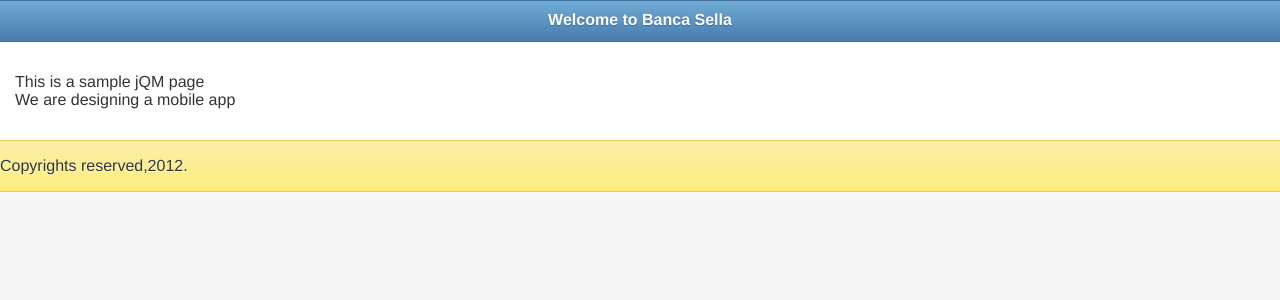
Repository: ravinforu/HTML5_CSS3_JS_Frameworks_Jul_2012-1
Page: jQM1/WebContent/index.html
These files come from the project's save history. The page is drawn as it stood at one moment and after the next save; the edit follows.
The browser window is 1280 px wide. The pictures show the whole page.

Above is the page before, as saved 2012-07-21 07:03:17.

### jQM1/WebContent/index.html
<!DOCTYPE html>
<html>
<head>
	<link rel="stylesheet" href="jquery.mobile-1.1.1.css">
	<script src="jquery-1.7.2.js"></script>
	<script src="jquery.mobile-1.1.1.js"></script>
</head>
<body>
	<div data-role="page">
		<div data-role="header" data-theme="b">
			<h3>Welcome to Banca Sella</h3>
		</div>
		<div data-role="content" data-theme="d">
			<p>
				This is a sample jQM page<br/>
				We are designing a mobile app
			</p>
		</div>
		<div data-role="footer" data-theme="e">
			<p>Copyrights reserved,2012.</p>
		</div>
	</div>
	<div data-role="page">Page II</div>
	<div data-role="page">Page III</div>
</body>
</html>

Loaded but not shown: jQM1/WebContent/jquery.mobile-1.1.1.css (library); jQM1/WebContent/jquery-1.7.2.js (library); jQM1/WebContent/jquery.mobile-1.1.1.js (library)

After the next save:
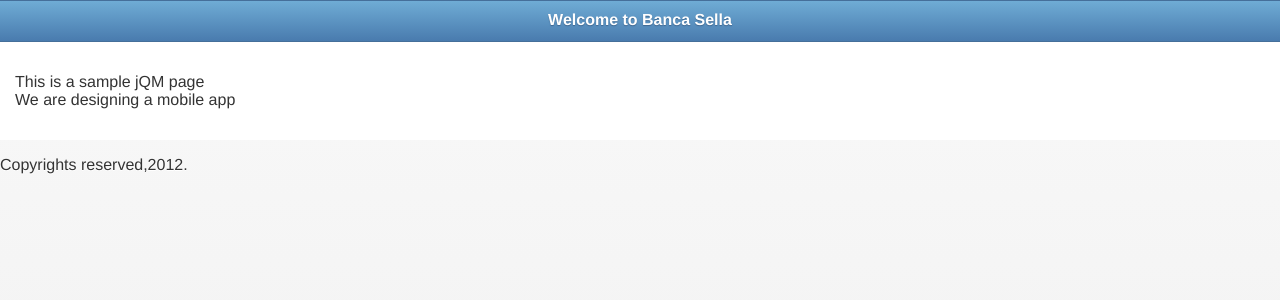
Saved 55 s later.
--- a/jQM1/WebContent/index.html
+++ b/jQM1/WebContent/index.html
@@ -16,7 +16,7 @@
 				We are designing a mobile app
 			</p>
 		</div>
-		<div data-role="footer" data-theme="e">
+		<div data-role="footer" data-theme="f">
 			<p>Copyrights reserved,2012.</p>
 		</div>
 	</div>
